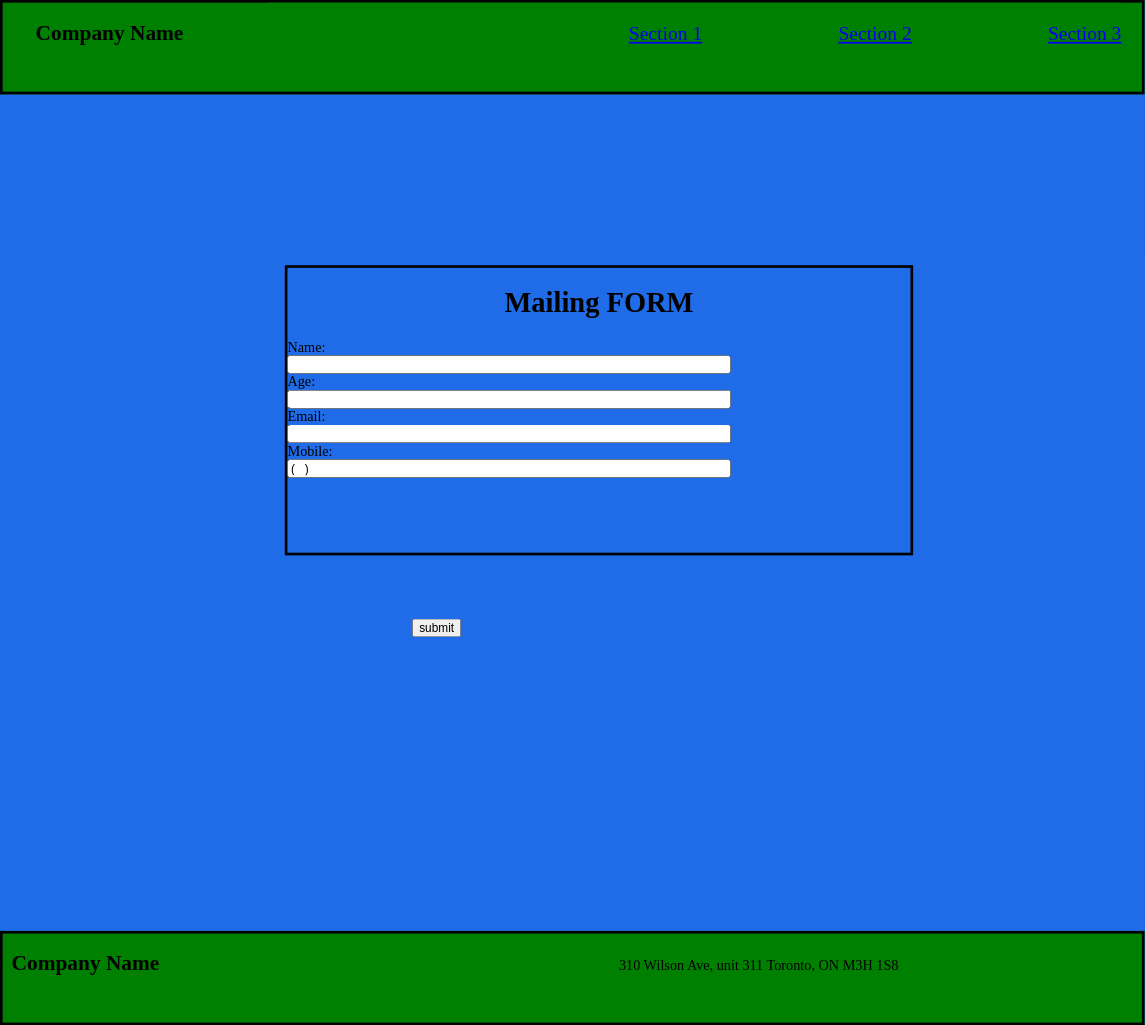
Repository: helloneibor/Project2
Page: section3.html
The author's editor kept a record of every edit. The page is drawn from the files as they stood at one moment, then again after the next edit.
The browser window is 1280 px wide. The page is 1286 px wide, so the pictures cover 1286 px, including what lies to the right of the window. The pictures show the whole page, at 89% of full size.

Above is the page before.

After the next edit:
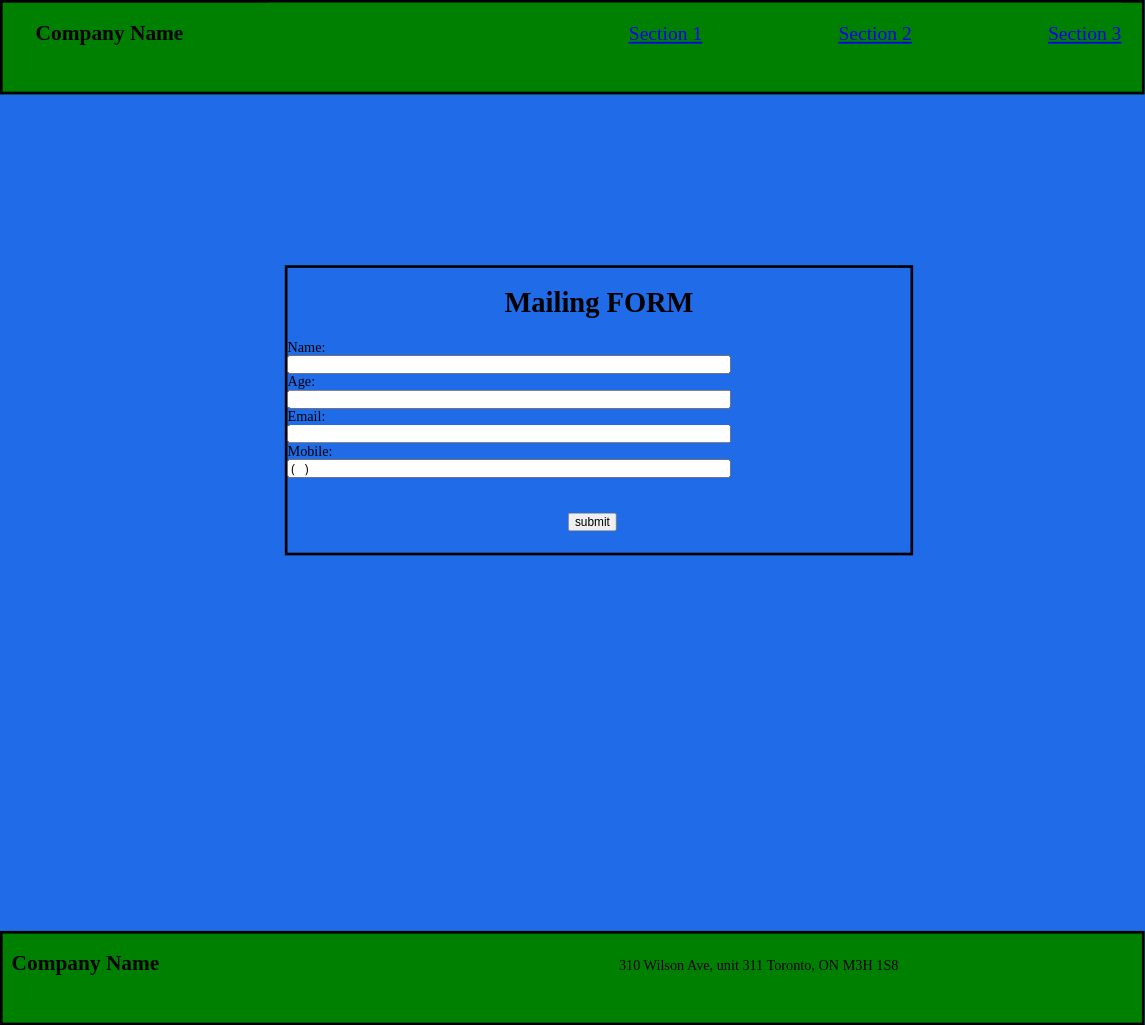
The edit:
--- a/css/main.css
+++ b/css/main.css
@@ -116,5 +116,6 @@
 }
 
 #submit_one {
-    margin: 20%;
+    margin-left: 45%;
+    margin-top: 3%;
 }
